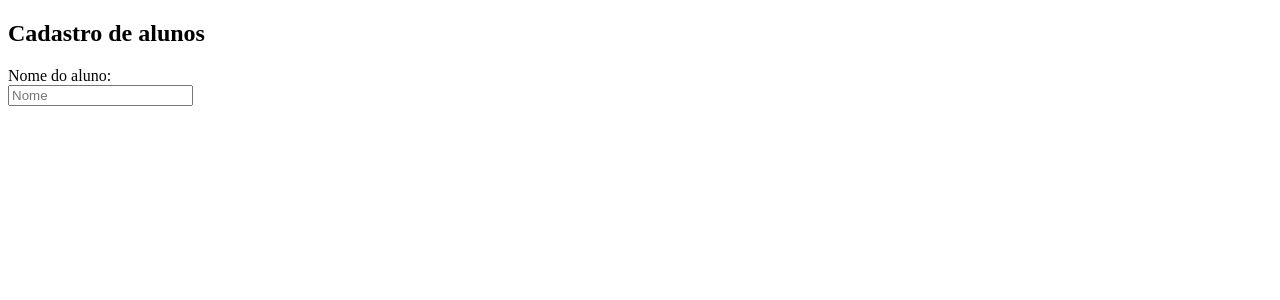
Repository: lorenavasconcellos/Trabalhos-WEB2
Page: CadastroAlunos/src/main/webapp/cadastrar_aluno.html
An editor plug-in stored every save of this project. The page is shown before and after the next save, followed by the edit.
The browser window is 1280 px wide. The pictures show the whole page.

Above is the page before, as saved 2022-12-01 11:22:01.

### CadastroAlunos/src/main/webapp/cadastrar_aluno.html
<!DOCTYPE html>
<html>
<head>
<meta charset="UTF-8">
<title>Cadastrar Aluno</title>
</head>

<body>
	<h2>Cadastro de alunos</h2>
	<form action="aluno.do" method="post">
		<label for="nome">Nome do aluno:</label><br>
		<input id="nome" type="text" placeholder="Nome">
	</form>
</body>
</html>

After the next save:
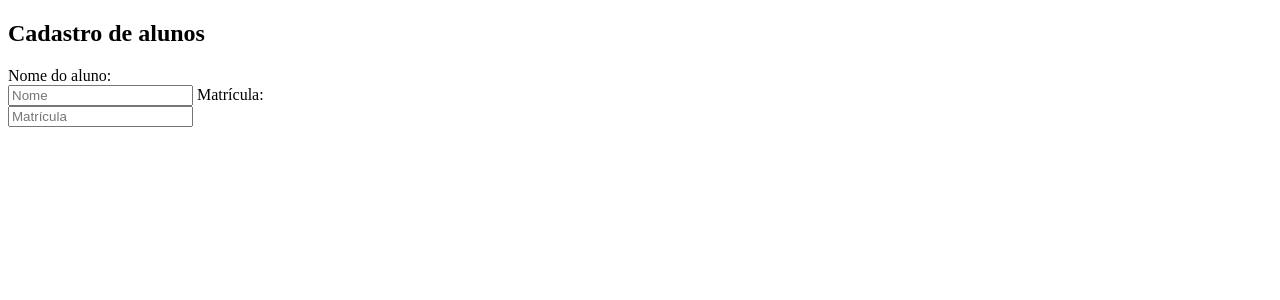
Saved 50 s later.
--- a/CadastroAlunos/src/main/webapp/cadastrar_aluno.html
+++ b/CadastroAlunos/src/main/webapp/cadastrar_aluno.html
@@ -10,6 +10,8 @@
 	<form action="aluno.do" method="post">
 		<label for="nome">Nome do aluno:</label><br>
 		<input id="nome" type="text" placeholder="Nome">
+		<label for="matricula">Matrícula:</label><br>
+		<input id="matricula" type="number" placeholder="Matrícula">
 	</form>
 </body>
 </html>
